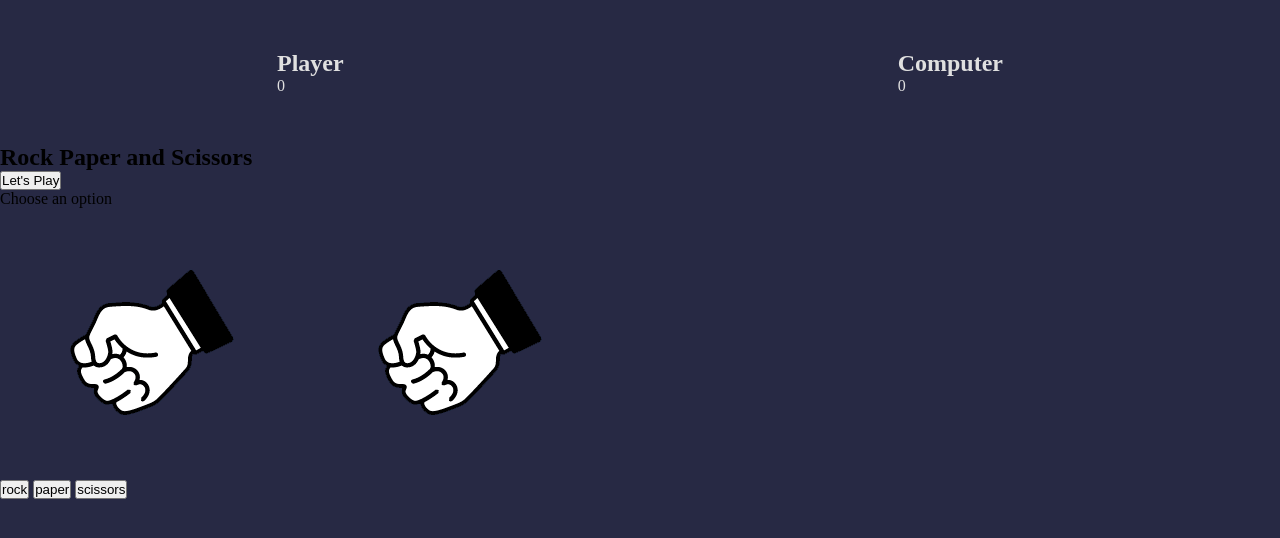
Repository: issaRan/Rock-Paper-Scissors
Page: index.html
The author's editor kept a copy of each file at every save. The page is drawn from the files as they stood at one save, then again after the next save.
The browser window is 1280 px wide. The pictures show the whole page.

Above is the page before, as saved 2020-10-23 22:29:21.

After the next save:
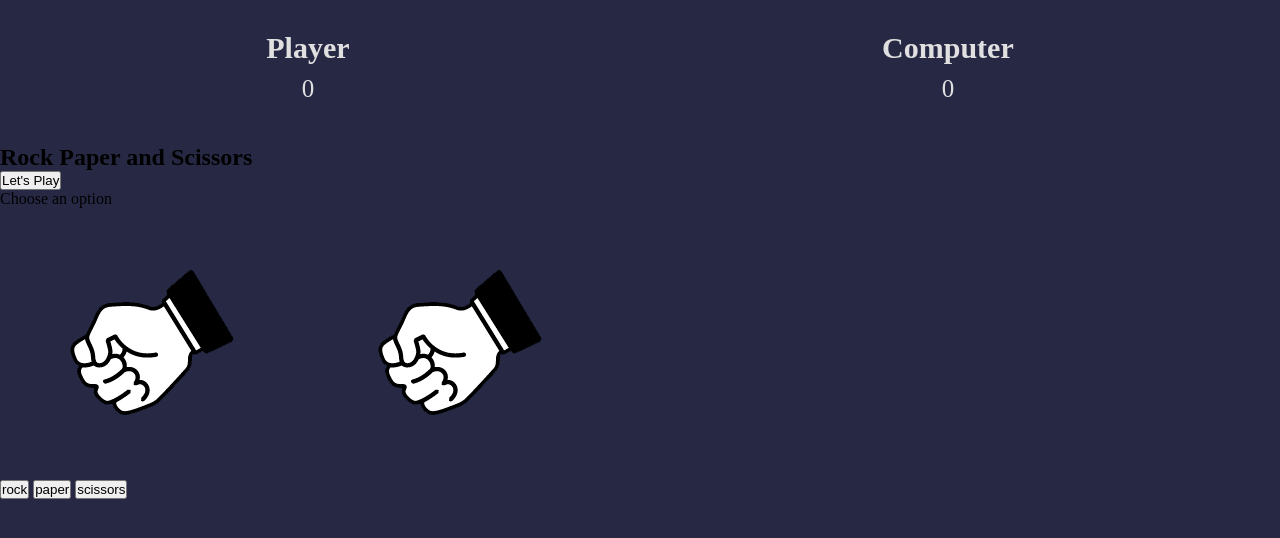
Saved 115 s later.
--- a/style.css
+++ b/style.css
@@ -16,3 +16,11 @@ section{
     justify-content: space-around;
     align-items: center;
 }
+.score h2 {
+    font-size: 30px;
+}
+.score p {
+    text-align: center;
+    padding: 10px;
+    font-size: 25px;
+}
